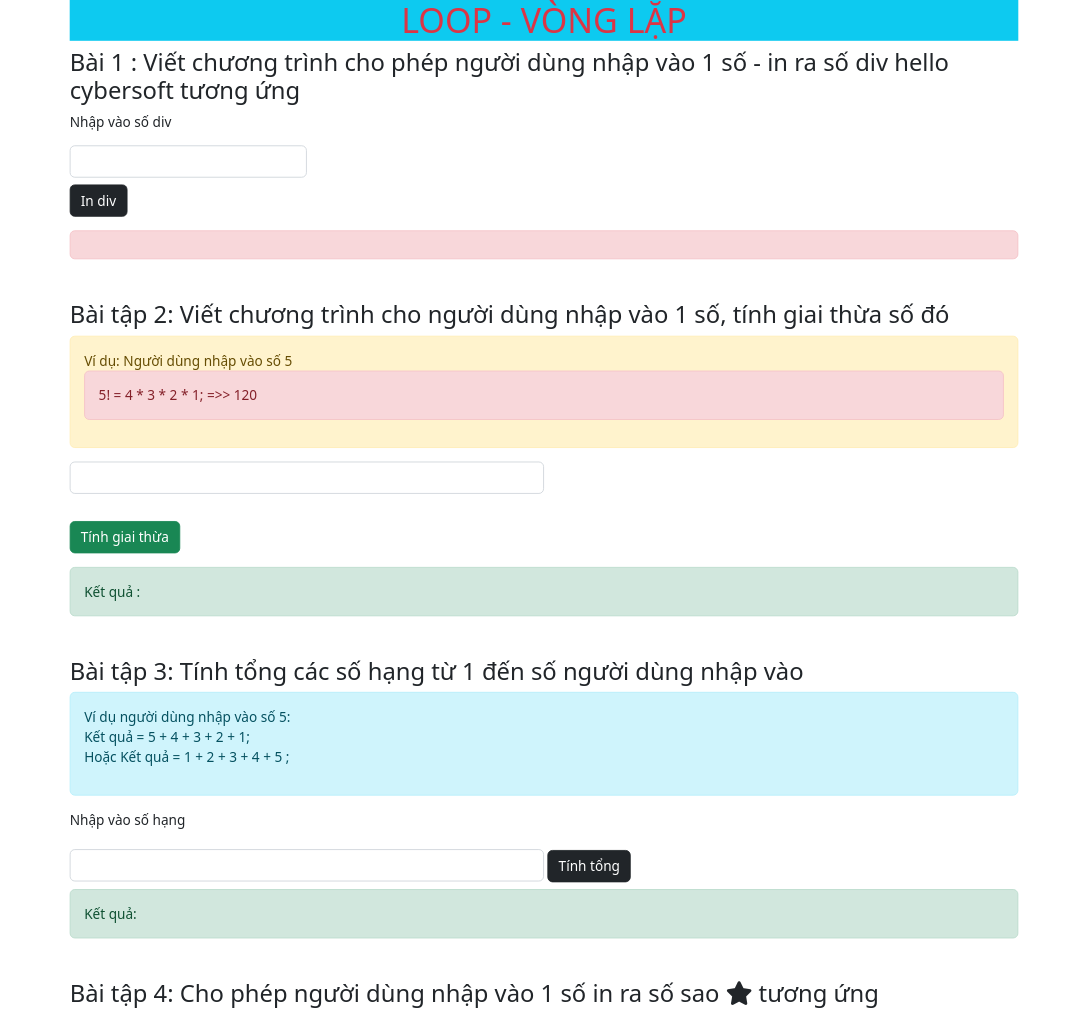
Repository: hcozyph/cyberSoft_JS_fulldocs
Page: JS_6_LOOP/index.html
An editor plug-in stored every save of this project. The page is shown before and after the next save, followed by the edit.
The browser window is 1280 px wide. The pictures show the whole page, at 85% of full size.

Above is the page before, as saved 2023-02-08 21:10:03.

### JS_6_LOOP/index.html
<!DOCTYPE html>
<html lang="en">
    <head>
        <title>JS_6_LOOP</title>
        <!-- Required meta tags -->
        <meta charset="utf-8" />
        <meta
            name="viewport"
            content="width=device-width, initial-scale=1, shrink-to-fit=no"
        />

        <!-- Bootstrap CSS v5.2.1 -->
        <link
            href="https://cdn.jsdelivr.net/npm/bootstrap@5.2.1/dist/css/bootstrap.min.css"
            rel="stylesheet"
            integrity="sha384-iYQeCzEYFbKjA/T2uDLTpkwGzCiq6soy8tYaI1GyVh/UjpbCx/TYkiZhlZB6+fzT"
            crossorigin="anonymous"
        />

        <!-- FontAwesome 6.2.0 CSS -->
        <link
            rel="stylesheet"
            href="https://cdnjs.cloudflare.com/ajax/libs/font-awesome/6.2.0/css/all.min.css"
            integrity="sha512-xh6O/CkQoPOWDdYTDqeRdPCVd1SpvCA9XXcUnZS2FmJNp1coAFzvtCN9BmamE+4aHK8yyUHUSCcJHgXloTyT2A=="
            crossorigin="anonymous"
            referrerpolicy="no-referrer"
        />
    </head>

    <body style="margin: 0 auto; padding: 0">
        <div class="container">
            <h1 class="text-danger text-center bg-info" style="margin: 0 auto">
                LOOP - VÒNG LẶP
            </h1>

            <!-- BT1: Bài tập in ra số div tương ứng -->
            <h3 class="my-2">
                Bài 1 : Viết chương trình cho phép người dùng nhập vào 1 số - in
                ra số div hello cybersoft tương ứng
            </h3>

            <div class="form-group">
                <p>Nhập vào số div</p>
                <input
                    type="text"
                    name=""
                    class="form-control w-25"
                    id="so-div"
                />

                <button class="btn btn-dark my-2" id="btn-in-div">
                    In div
                </button>
            </div>

            <div class="alert alert-danger mt-2 mb-5" id="ket-qua-bai-1"></div>

            <!-- BT2: Tính giai thừa -->
            <h3>
                Bài tập 2: Viết chương trình cho người dùng nhập vào 1 số, tính
                giai thừa số đó
            </h3>

            <div class="alert alert-warning">
                Ví dụ: Người dùng nhập vào số 5
                <p class="alert alert-danger">5! = 4 * 3 * 2 * 1; =>> 120</p>
            </div>

            <div class="form-group">
                <input
                    type="text"
                    id="so-giai-thua"
                    class="form-control w-50"
                />
                <br />
                <button class="my-2 btn btn-success" id="btn-tinh-giai-thua">
                    Tính giai thừa
                </button>
            </div>

            <p class="alert alert-success my-2">
                Kết quả : <span id="ket-qua-bai-2"></span>
            </p>

            <!-- BT3: Tính tổng các số hạng -->
            <h3 class="mt-5">
                Bài tập 3: Tính tổng các số hạng từ 1 đến số người dùng nhập vào
            </h3>

            <div class="alert alert-info">
                Ví dụ người dùng nhập vào số 5:
                <p>
                    Kết quả = 5 + 4 + 3 + 2 + 1;
                    <br />
                    Hoặc Kết quả = 1 + 2 + 3 + 4 + 5 ;
                </p>
            </div>

            <div class="form-group">
                <p>Nhập vào số hạng</p>
                <input
                    type="text"
                    class="form-control w-50 d-inline-block"
                    id="soHang"
                />
                <button class="my-2 btn btn-dark" id="btnTinhTong">
                    Tính tổng
                </button>
            </div>

            <div class="alert alert-success">
                Kết quả: <span id="ket-qua-bai-3"></span>
            </div>

            <!-- BT 4: IN RA SỐ SAO -->
            <h3 class="mt-5">
                Bài tập 4: Cho phép người dùng nhập vào 1 số in ra số sao
                <i class="fa fa-star"></i> tương ứng
            </h3>
        </div>

        <!-- Bootstrap JavaScript Libraries -->
        <script
            src="https://cdn.jsdelivr.net/npm/@popperjs/core@2.11.6/dist/umd/popper.min.js"
            integrity="sha384-oBqDVmMz9ATKxIep9tiCxS/Z9fNfEXiDAYTujMAeBAsjFuCZSmKbSSUnQlmh/jp3"
            crossorigin="anonymous"
        ></script>

        <script
            src="https://cdn.jsdelivr.net/npm/bootstrap@5.2.1/dist/js/bootstrap.min.js"
            integrity="sha384-7VPbUDkoPSGFnVtYi0QogXtr74QeVeeIs99Qfg5YCF+TidwNdjvaKZX19NZ/e6oz"
            crossorigin="anonymous"
        ></script>

        <script src="./JS_6/index.js"></script>
    </body>
</html>

### JS_6_LOOP/JS_6/index.js
console.log('lần1');
console.log('lần2');
console.log('lần3');
console.log('lần4');

/*
    Cấu trúc vòng lặp: Dùng để thực hiện 1 hành động được lặp đi lặp lại nhiều lần.

    //CÁC BƯỚC CẤU THÀNH VÒNG LẶP
    B1: Xác định điều kiện thay đổi trong biểu thức lặp (có 1 biến nào đó gọi là biến điều kiện)

    B2: Dựa vào biến thay đổi để thực hiện điều kiện lặp

    B3: Cài đặt xử lý trong mỗi lần lặp

    B4: Thay đổi giá trị của biến điều kiện để đến 1 lúc nào đó nó sẽ dừng

*/

////

//Bước 1: Xác định điều kiện lặp
var soLan = 0;

//Bước 2: Điều kiện lặp
while (soLan <= 5) {
    //Bước 3: xử lý
    console.log('hello CyberSoft ! lần' + soLan);

    //Bước 4: thay đổi điều kiện sau mỗi lần lặp để DỪNG
    soLan += 1;
};

////////////////////////////////////////////////////////

//BÀI 1: Bài tập in ra số div tương ứng

document.getElementById('btn-in-div').onclick = function () {

    //input: số lượng div
    var soLuongDiv = Number(document.getElementById('so-div').value);

    //output:
    var htmlOutput = '';

    //process:

    //B1: xác định điều kiện thay đổi - khai báo biến điều kiện
    var soLan = 1;

    //B2: Điều kiện lặp
    while (soLan <= soLuongDiv) {

        //B3: Xử lý mỗi lần lặp
        htmlOutput = htmlOutput + '<div>Helu</div>';

        //B4: Thay đổi điều kiện để stop loop
        soLan += 1;
    }

    //////////////////Nhớ đặt trong function//////////////
    //In output ra giao điện
    document.getElementById('ket-qua-bai-1').innerHTML = htmlOutput;
}

//BÀI 2: Tính giai thừa

document.getElementById('btn-tinh-giai-thua').onclick = function () {
    //input
    var soGiaiThua = Number(document.getElementById('so-giai-thua').value);

    //output
    var ketQua = 1;

    //process

    var soHang = 1;  //B1: khai báo biến điều kiện

    // B2: Điều kiện lặp
    while ( soHang <= soGiaiThua) {

        //B3: Xử lý
        ketQua *= soHang

        //B4: Thay đổi giá trị điều kiện
        soHang += 1; //soHang++
    }

    //In kết quả ra giao diện
    document.getElementById('ket-qua-bai-2').innerHTML = ketQua;

}

//BT3: Tính tổng các số hạng

document.getElementById('btnTinhTong').onclick = function () {
    //input
    var giaTriNhap = Number(document.getElementById('soHang').value);

    //output
    var ketQua = 0;

    //process

    //B1: khai báo biến điều kiện
    var soHang = 1;

    while (soHang <= giaTriNhap) {
        ketQua += soHang;
        soHang ++ ;
    }

    document.getElementById('ket-qua-bai-3').innerHTML = ketQua;

}

After the next save:
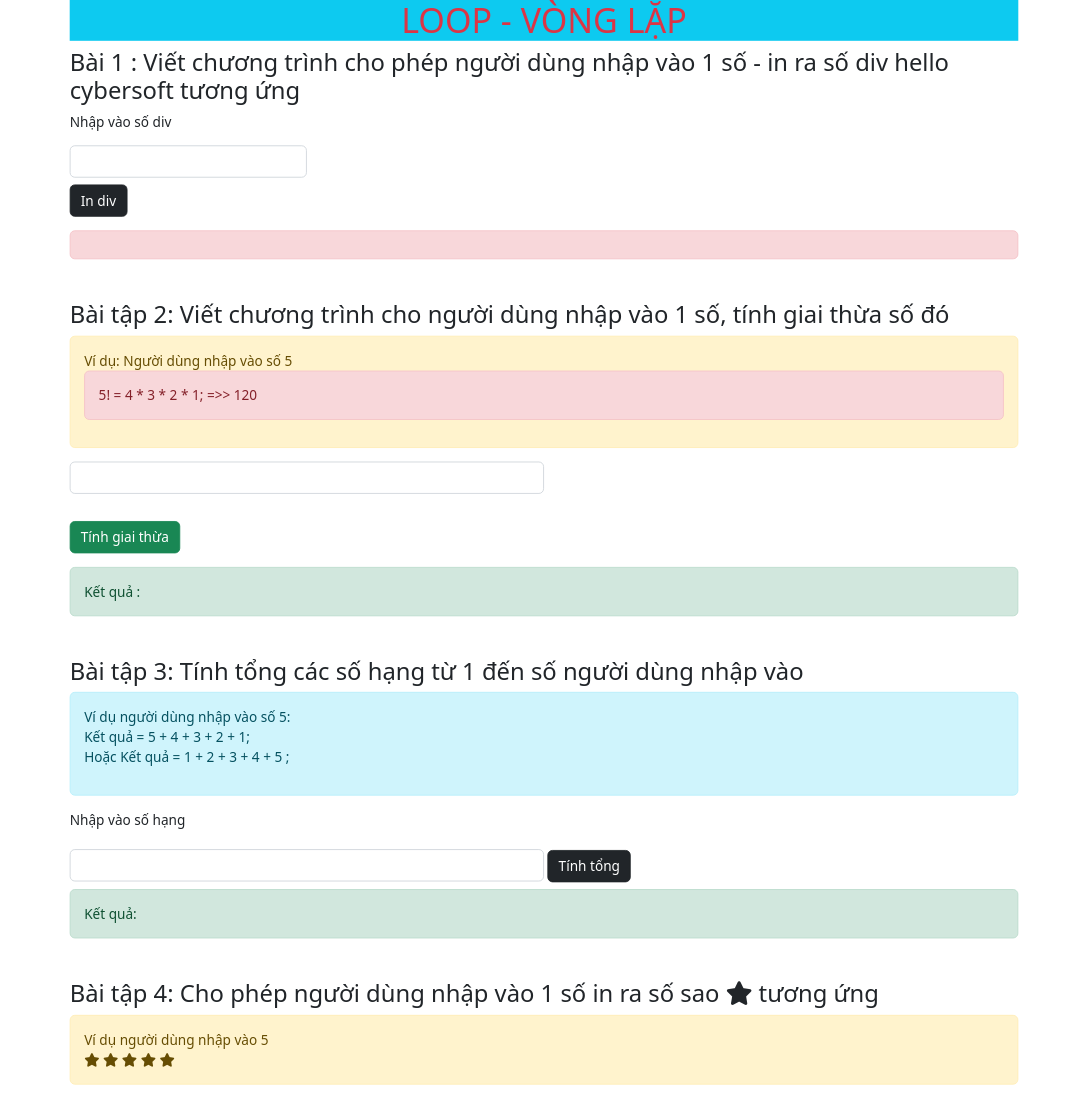
Saved 86 s later.
--- a/JS_6_LOOP/index.html
+++ b/JS_6_LOOP/index.html
@@ -117,6 +117,16 @@
                 Bài tập 4: Cho phép người dùng nhập vào 1 số in ra số sao
                 <i class="fa fa-star"></i> tương ứng
             </h3>
+
+            <div class="alert alert-warning">
+                Ví dụ người dùng nhập vào 5
+                <br />
+                <i class="fa fa-star"></i>
+                <i class="fa fa-star"></i>
+                <i class="fa fa-star"></i>
+                <i class="fa fa-star"></i>
+                <i class="fa fa-star"></i>
+            </div>
         </div>
 
         <!-- Bootstrap JavaScript Libraries -->
